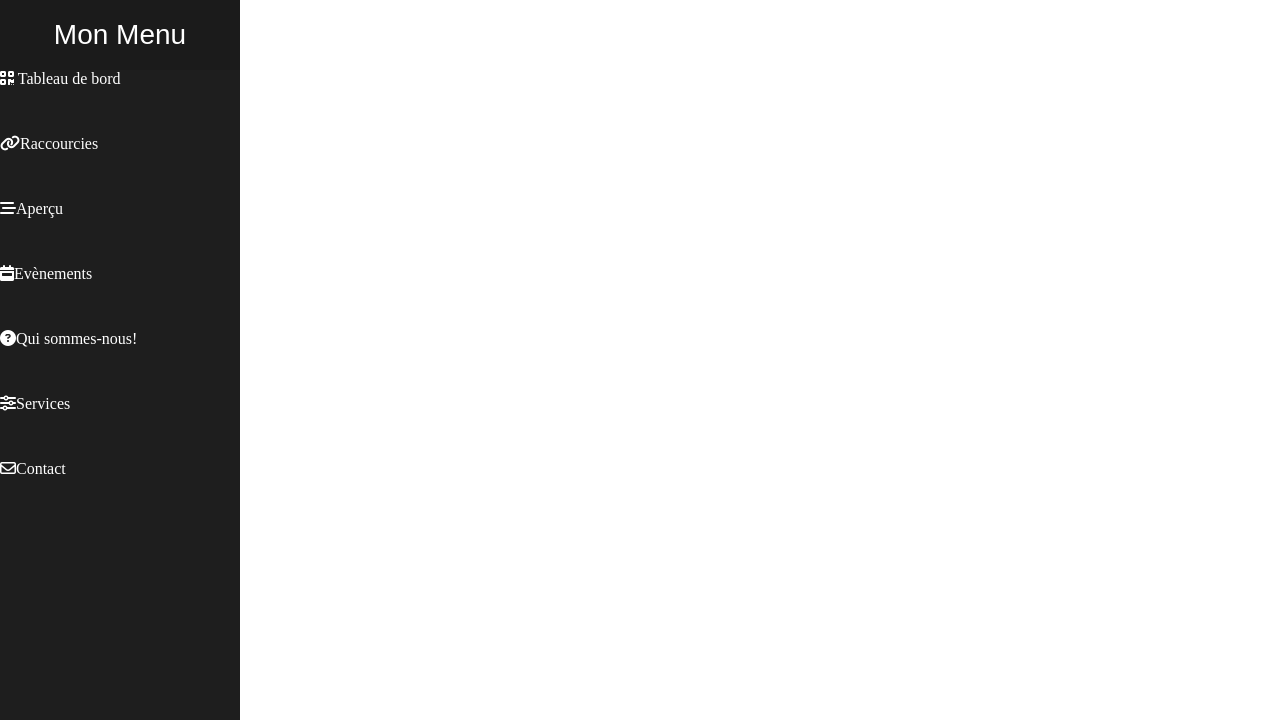
Repository: Alex-Serky/Dossier-Nav
Page: Nav-Responsive/index.html
The author's editor kept a copy of each file at every save. The page is drawn from the files as they stood at one save, then again after the next save.
The browser window is 1280 px wide. The pictures show the whole page.
Some web fonts or font styles are not loaded; a fallback is used. Some web libraries are served in a nearby version.

Above is the page before, as saved 2020-02-21 19:11:44.

### Nav-Responsive/index.html
<!DOCTYPE html>
<html lang="en">

<head>
    <meta charset="UTF-8">
    <meta name="viewport" content="width=device-width, initial-scale=1.0">
    <link rel="stylesheet" href="style.css">
    <script src="https://kit.fontawesome.com/a076d05399.js"></script>
    <title>Responsive Sidebar Menu</title>
</head>

<body>
    <div class="sidebar">
        <header>Mon Menu</header>
        <a href="#"><i class="fas fa-qrcode"></i>
            <span>Tableau de bord</span>
        </a>
        <a href="#"><i class="fas fa-link"></i><span>Raccourcies</span></a>
        <a href="#"><i class="fas fa-stream"></i><span>Aperçu</span></a>
        <a href="#"><i class="fas fa-calendar-week"></i><span>Evènements</span></a>
        <a href="#"><i class="fas fa-question-circle"></i><span>Qui sommes-nous!</span></a>
        <a href="#"><i class="fas fa-sliders-h"></i><span>Services</span></a>
        <a href="#"><i class="far fa-envelope"></i><span>Contact</span></a>
    </div>
</body>

</html>

### Nav-Responsive/style.css
@import url('https: //fonts.googleapis.com/css?family=Montserrat:600|Roboto:400');

* {
    margin: 0;
    padding: 0;
    text-decoration: none;
}

.sidebar {
    position: fixed;
    width: 240px;
    height: 100%;
    background: #1e1e1e;
}

.sidebar header {
    color: white;
    font-size: 28px;
    line-height: 70px;
    text-align: center;
    user-select: none;
    background: #1b1b1b;
    font-family: 'Montserrat', sans-serif;
}

.sidebar a {
    display: block;
    color: white;
    height: 65px;
}

After the next save:
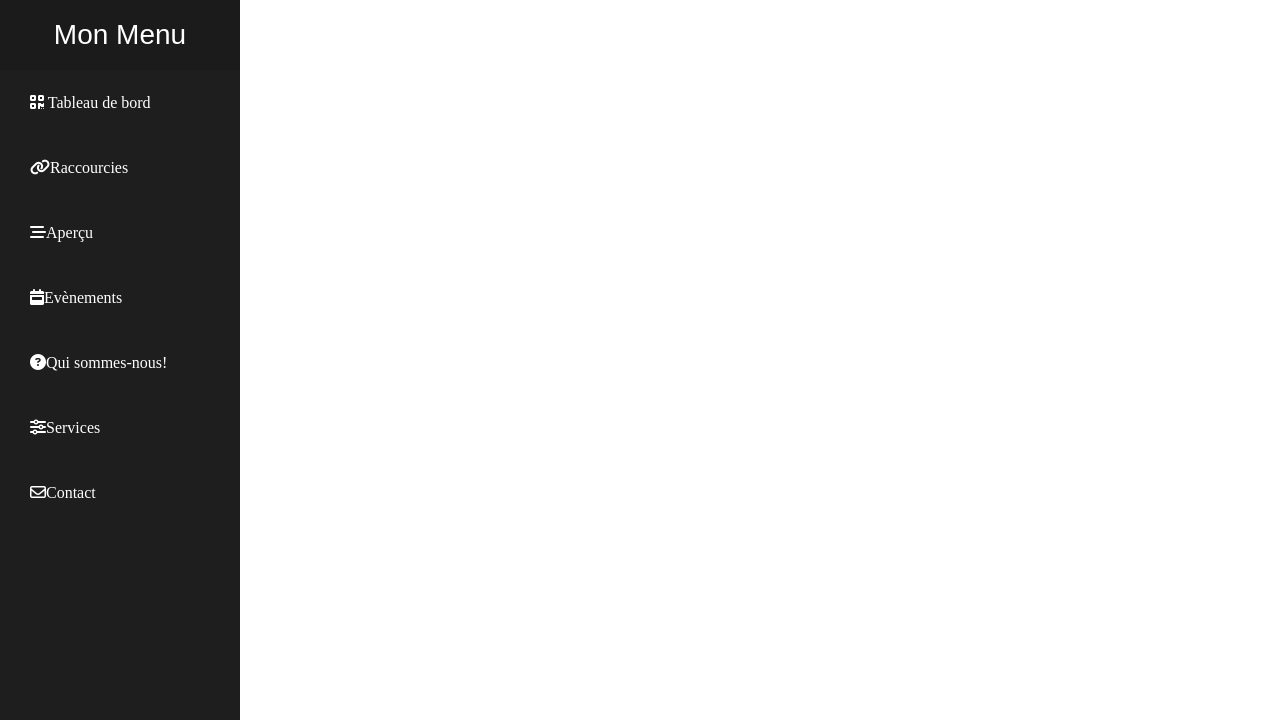
Saved 3 min 11 s later.
--- a/Nav-Responsive/style.css
+++ b/Nav-Responsive/style.css
@@ -27,4 +27,6 @@
     display: block;
     color: white;
     height: 65px;
+    line-height: 65px;
+    padding-left: 30px;
 }
